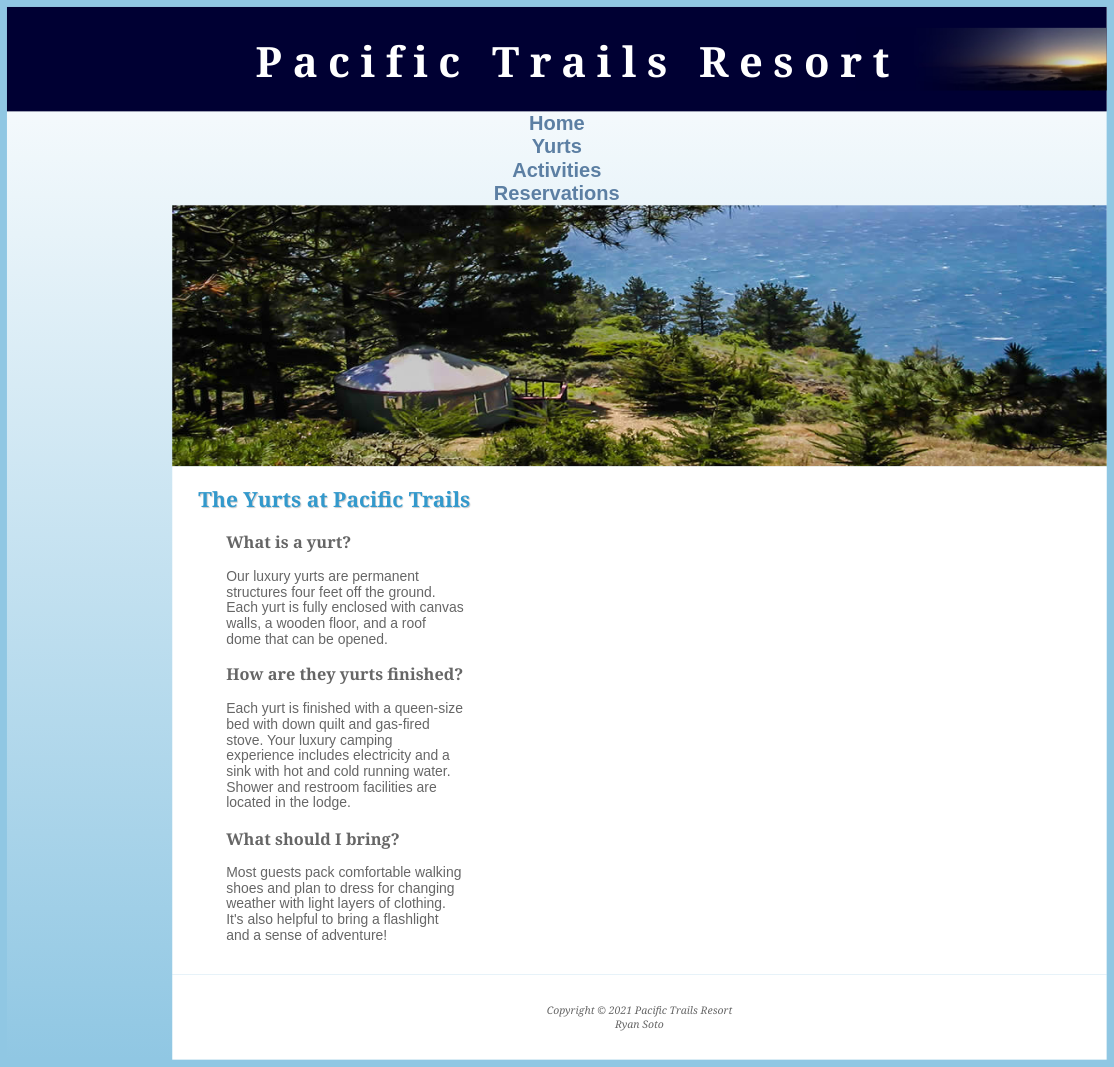
Repository: rsoto003/web-dev-152
Page: dist/assignments/chapter8/ch8pacific/yurts.html
These files come from the project's save history. The page is drawn as it stood at one moment and after the next save; the edit follows.
The browser window is 1280 px wide. The pictures show the whole page, at 87% of full size.
Some web libraries are served in a nearby version.

Above is the page before, as saved 2021-07-25 22:12:26.

After the next save:
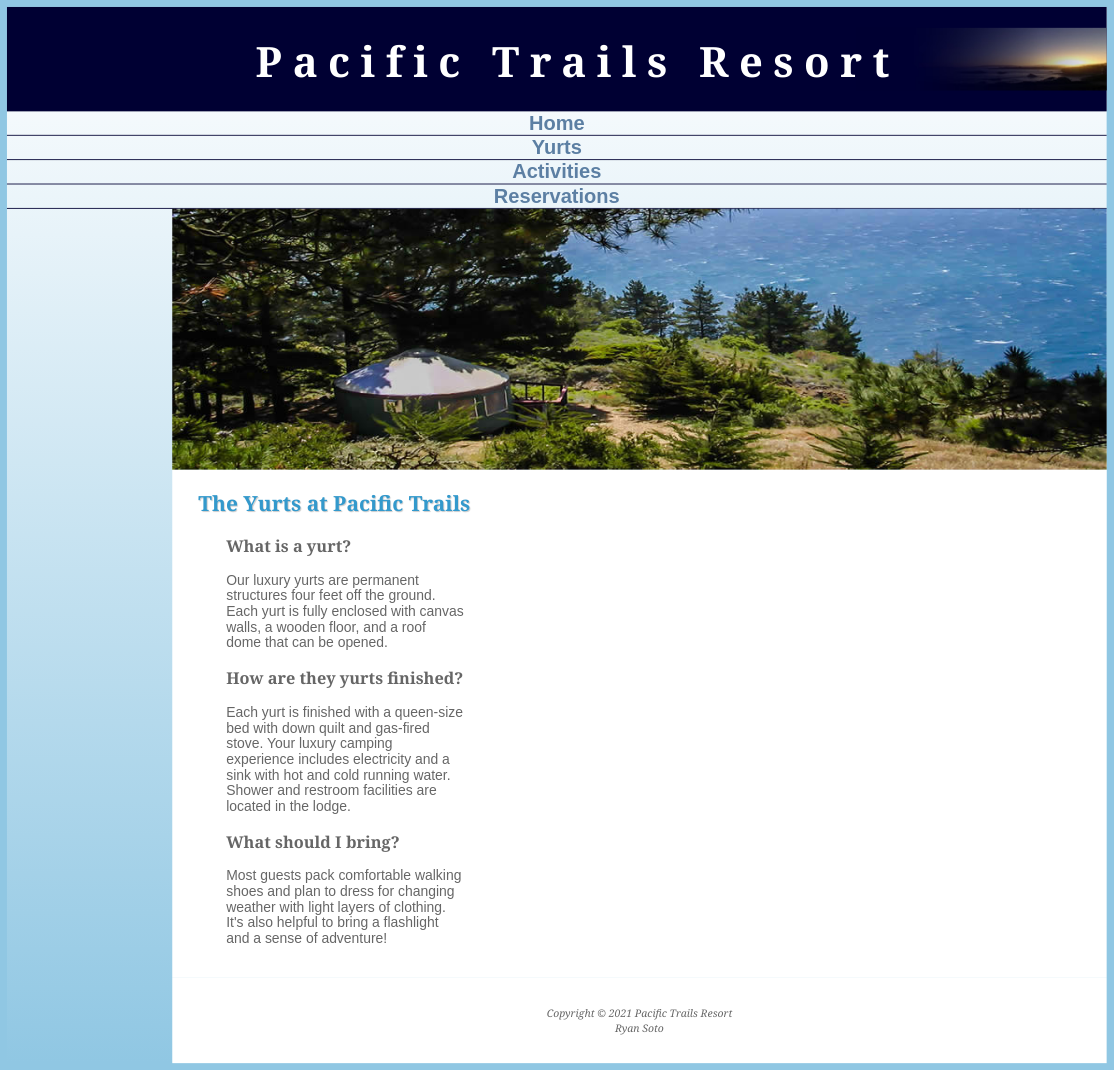
Saved 56 s later.
--- a/dist/assignments/chapter8/ch8pacific/pacific.css
+++ b/dist/assignments/chapter8/ch8pacific/pacific.css
@@ -52,6 +52,9 @@ nav ul {
     margin: 0; /* m0 */
     padding-left: 0; /* pl0 */
     font-size: 1.2em; /* fz1.2em */
+}
+nav li {
+    border-bottom: 1px solid #003;
 }
 nav a {
     text-decoration: none; /* tdn */
